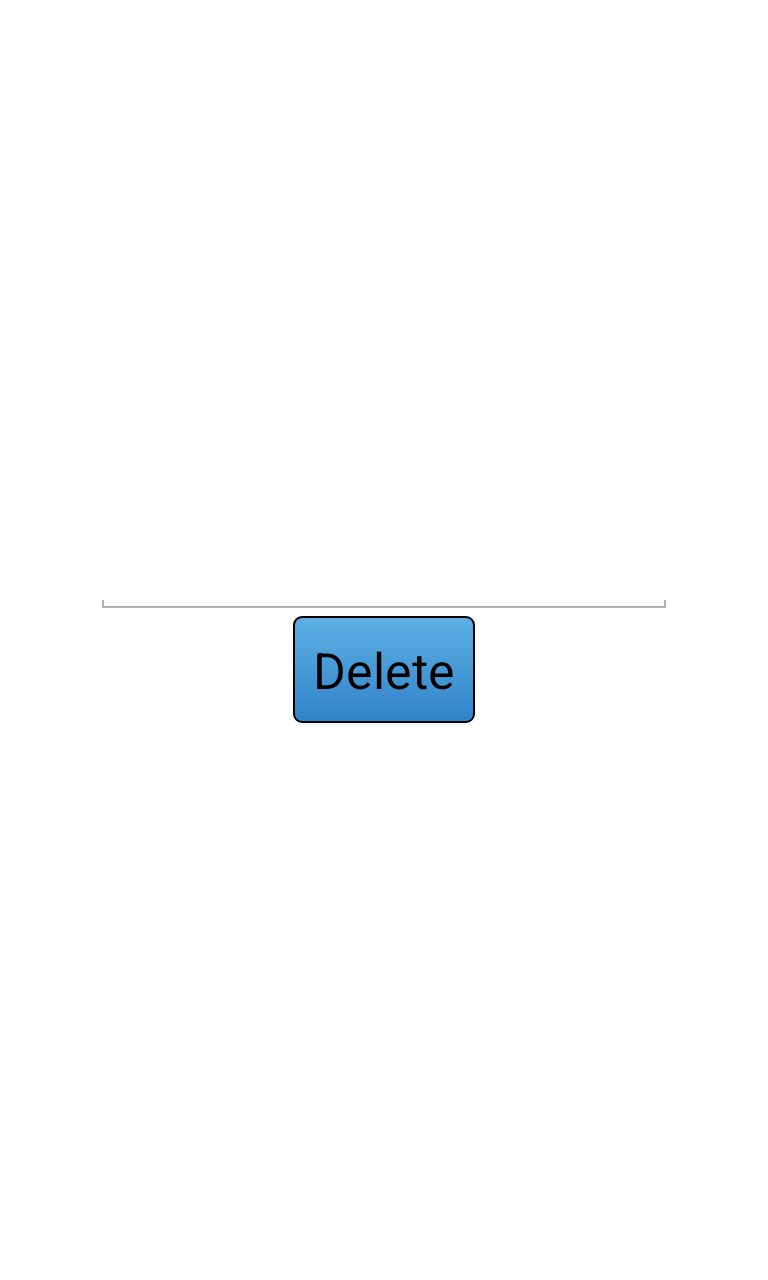
Repository: ArisKots1992/Software-Development
Layout: Anaptiksi Logismikou/Anaptiksi Logismikou/AdminClientApplication/res/layout/third_tab.xml
The author's editor kept a copy of each file at every save. The layout is drawn from the files as they stood at one save, then again after the next save.
It is drawn on a 768 x 1280 px phone screen (xhdpi) without system bars, with theme AppTheme; the app's code is not run.

Above is the layout before, as saved 2015-01-19 17:12:38.

### Anaptiksi Logismikou/Anaptiksi Logismikou/AdminClientApplication/res/layout/third_tab.xml
<?xml version="1.0" encoding="utf-8"?>
<LinearLayout xmlns:android="http://schemas.android.com/apk/res/android"
    android:layout_width="match_parent"
    android:layout_height="match_parent"
    android:gravity="center"
    android:orientation="vertical" >

    <EditText
        android:id="@+id/editTextMac"
        android:layout_width="wrap_content"
        android:layout_height="wrap_content"
        android:textSize="25sp"
        android:ems="10" >
    </EditText>

    <Button
        android:id="@+id/delete_button"
        android:layout_width="wrap_content"
        android:layout_height="wrap_content"
        android:text="Delete"
        android:textSize="25sp"
        android:background="@drawable/custom_button" />
    <TextView
        android:id="@+id/responseText"
        android:layout_width="wrap_content"
        android:layout_height="wrap_content" >
    </TextView>

</LinearLayout>

### Anaptiksi Logismikou/Anaptiksi Logismikou/AdminClientApplication/res/values/styles.xml
<resources>

    <!--
        Base application theme, dependent on API level. This theme is replaced
        by AppBaseTheme from res/values-vXX/styles.xml on newer devices.
    -->
    <style name="AppBaseTheme" parent="android:Theme.Light">
        <!--
            Theme customizations available in newer API levels can go in
            res/values-vXX/styles.xml, while customizations related to
            backward-compatibility can go here.
        -->
    </style>

    <!-- Application theme. -->
    <style name="AppTheme" parent="AppBaseTheme">
        <!-- All customizations that are NOT specific to a particular API-level can go here. -->
    </style>

    <style name="CustomStyleButton" parent="@android:style/Widget.Button">
		<item name="android:textSize">16sp</item>
 		<item name="android:textStyle">bold</item>
 		<item name="android:textColor">#dedfdc</item>
 		<item name="android:gravity">center</item>
 		<item name="android:shadowColor">#000000</item>
 		<item name="android:shadowDx">1</item>
 		<item name="android:shadowDy">1</item>
 		<item name="android:shadowRadius">0.6</item>
 		<item  name="android:background">@drawable/custom_button</item>
 		<item name="android:padding">10dip</item>
	</style>
</resources>

### Anaptiksi Logismikou/Anaptiksi Logismikou/AdminClientApplication/res/drawable/custom_button.xml
<?xml version="1.0" encoding="utf-8"?>
<selector xmlns:android="http://schemas.android.com/apk/res/android">
 <item android:state_pressed="true" >
  <shape>
  <solid
   android:color="#2678BF" />
  <stroke
   android:width="1dp"
   android:color="#000000" />
  <corners
   android:radius="4dp" />
  <padding
   android:left="10dp"
   android:top="10dp"
   android:right="10dp"
   android:bottom="10dp" />
  </shape>
 </item>
  <item>
  <shape>
  <gradient
   android:startColor="#5DB0E2"
   android:endColor="#3183CA"
   android:angle="270" />
  <stroke
   android:width="1dp"
   android:color="#000000" />
  <corners
   android:radius="4dp" />
  <padding
   android:left="10dp"
   android:top="10dp"
   android:right="10dp"
   android:bottom="10dp" />
 </shape>
 </item>
</selector>

Loaded but not shown: Anaptiksi Logismikou/Anaptiksi Logismikou/AdminClientApplication/res/values-v11/styles.xml (common file); Anaptiksi Logismikou/Anaptiksi Logismikou/AdminClientApplication/res/values-v14/styles.xml (common file)

After the next save:
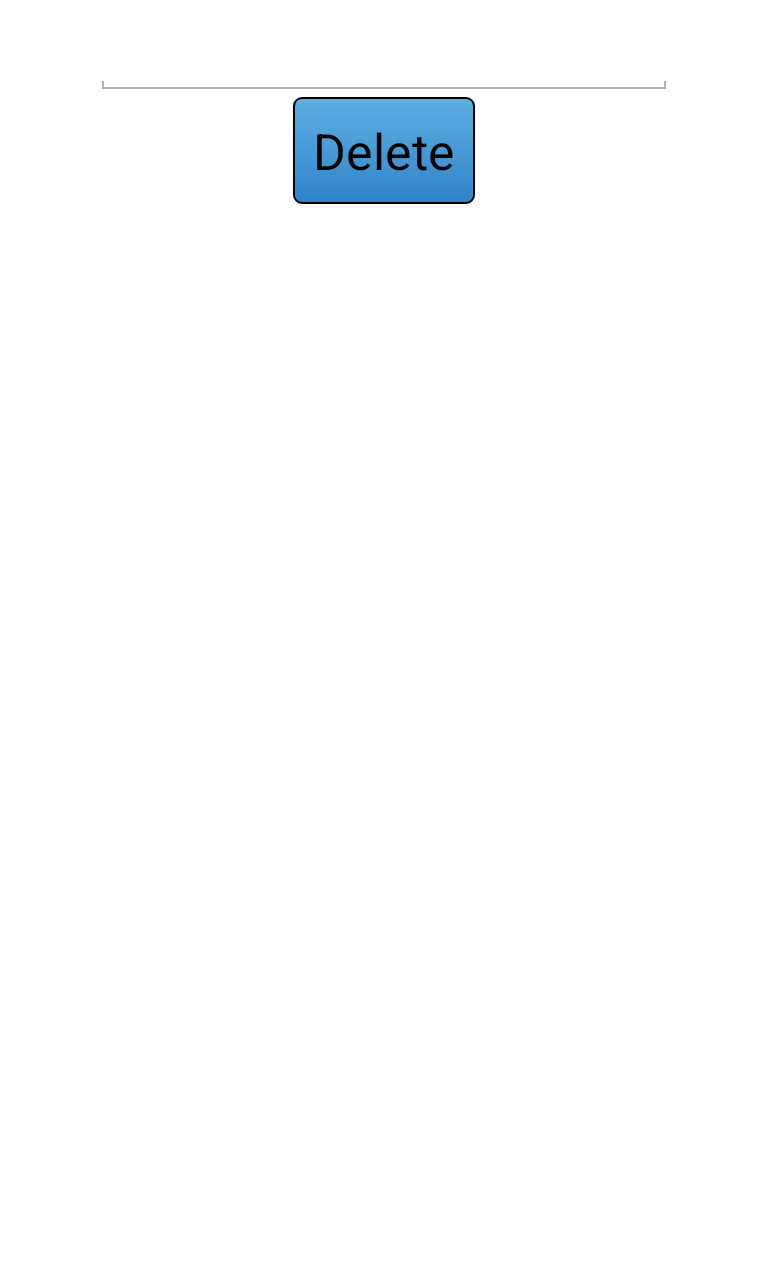
Saved 13 s later.
--- a/Anaptiksi Logismikou/Anaptiksi Logismikou/AdminClientApplication/res/layout/third_tab.xml
+++ b/Anaptiksi Logismikou/Anaptiksi Logismikou/AdminClientApplication/res/layout/third_tab.xml
@@ -2,7 +2,7 @@
 <LinearLayout xmlns:android="http://schemas.android.com/apk/res/android"
     android:layout_width="match_parent"
     android:layout_height="match_parent"
-    android:gravity="center"
+    android:gravity="center_horizontal"
     android:orientation="vertical" >
 
     <EditText
